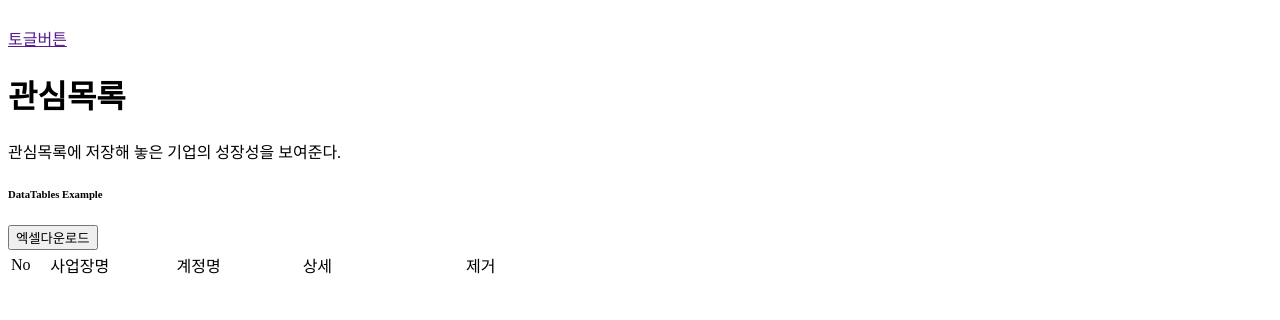
Repository: bangProgram/PJT_Finance
Page: http://localhost/Finance/WEB-INF/views/interest/interestList.jsp
An editor plug-in stored every save of this project. The page is shown before and after the next save, followed by the edit.
The browser window is 1280 px wide. The pictures show the whole page.
The page is served by Tomcat 9. Nobody is signed in. The template is opened directly, without the code that normally fills it, so the values that code supplies are empty.

Above is the page before, as saved 2022-11-02 08:04:39.
Console error: SyntaxError: Unexpected token ','

After the next save:
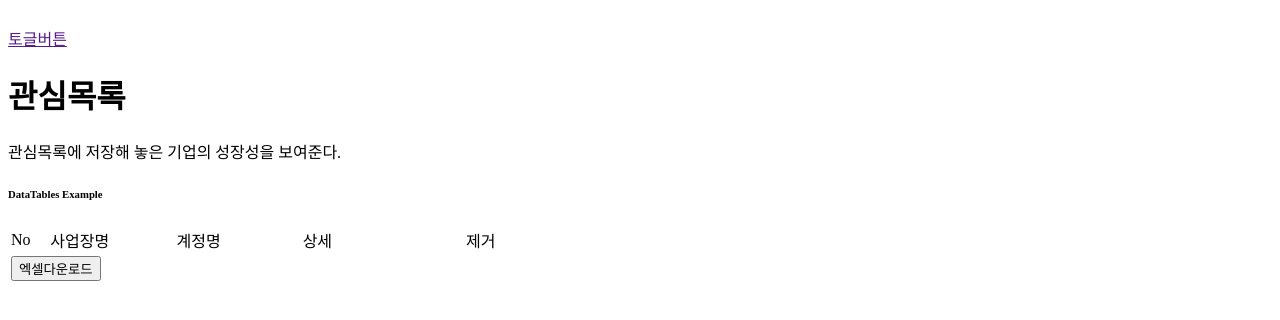
Saved 5 min 20 s later.
--- a/Finance/src/main/webapp/WEB-INF/views/interest/interestList.jsp
+++ b/Finance/src/main/webapp/WEB-INF/views/interest/interestList.jsp
@@ -171,7 +171,6 @@
         <div class="card-body">
             <div class="table-responsive">
                 <table id="yearReprtList" class="table table-bordered" id="dataTable" width="100%" >
-                	<button class="dt-button buttons-excel buttons-html5 btn btn-outline-primary excelBtn" tabindex="0" aria-controls="yearReprtList"><span>엑셀다운로드</span></button>
                 	<colgroup>
                 		<col width="3%"/>
                 		<col width="10%"/>
@@ -184,6 +183,11 @@
                 		<col width="6%"/>
                 		<col width="6%"/>
                 	</colgroup>
+                	<tr>
+                		<td colspan="10">
+                			<button class="dt-button buttons-excel buttons-html5 btn btn-outline-primary excelBtn" tabindex="0" aria-controls="yearReprtList"><span>엑셀다운로드</span></button>
+                		</td>
+                	</tr>
                     <thead >
 			            <tr>
 			            	<td>No</td>

After the save that followed:
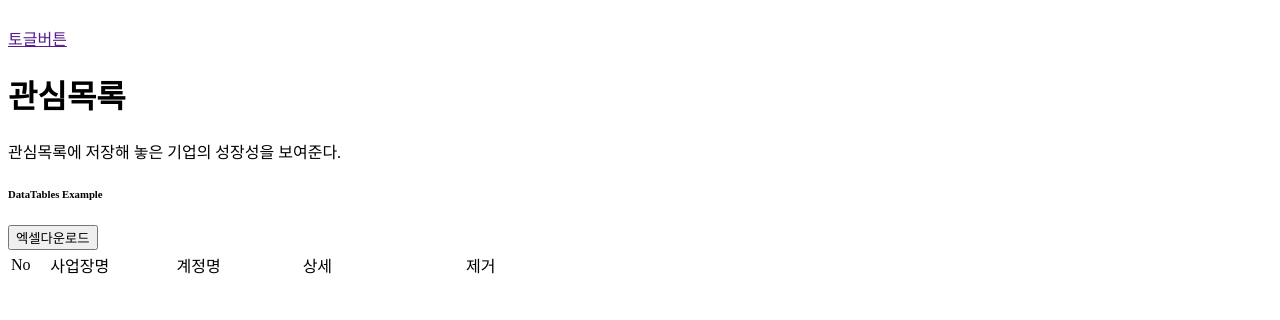
Saved 38 s later.
--- a/Finance/src/main/webapp/WEB-INF/views/interest/interestList.jsp
+++ b/Finance/src/main/webapp/WEB-INF/views/interest/interestList.jsp
@@ -183,12 +183,10 @@
                 		<col width="6%"/>
                 		<col width="6%"/>
                 	</colgroup>
-                	<tr>
-                		<td colspan="10">
-                			<button class="dt-button buttons-excel buttons-html5 btn btn-outline-primary excelBtn" tabindex="0" aria-controls="yearReprtList"><span>엑셀다운로드</span></button>
-                		</td>
-                	</tr>
-                    <thead >
+                	<div>
+						<button class="dt-button buttons-excel buttons-html5 btn btn-outline-primary excelBtn" tabindex="0" aria-controls="yearReprtList"><span>엑셀다운로드</span></button>
+                	</div>
+                    <thead>
 			            <tr>
 			            	<td>No</td>
 							<td>사업장명</td>
